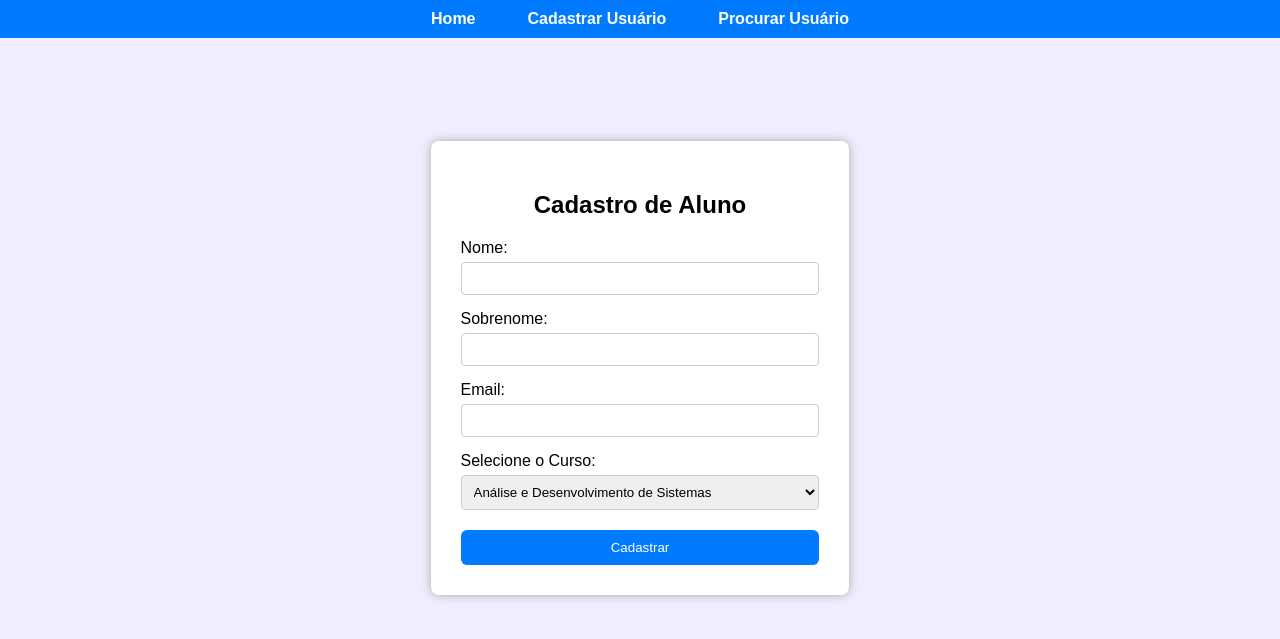
Repository: diegoeiti/Logica-Programacao
Page: http://localhost/paginas/cadastro.php
These files come from the project's save history. The page is drawn as it stood at one moment and after a run of saves; the edit follows.
The browser window is 1280 px wide. The pictures show the whole page.
The page is run by PHP 8.4 with error messages shown; the project is at /var/www/html/.

Above is the page before, as saved 2025-10-31 08:45:36.

After the next 4 saves:
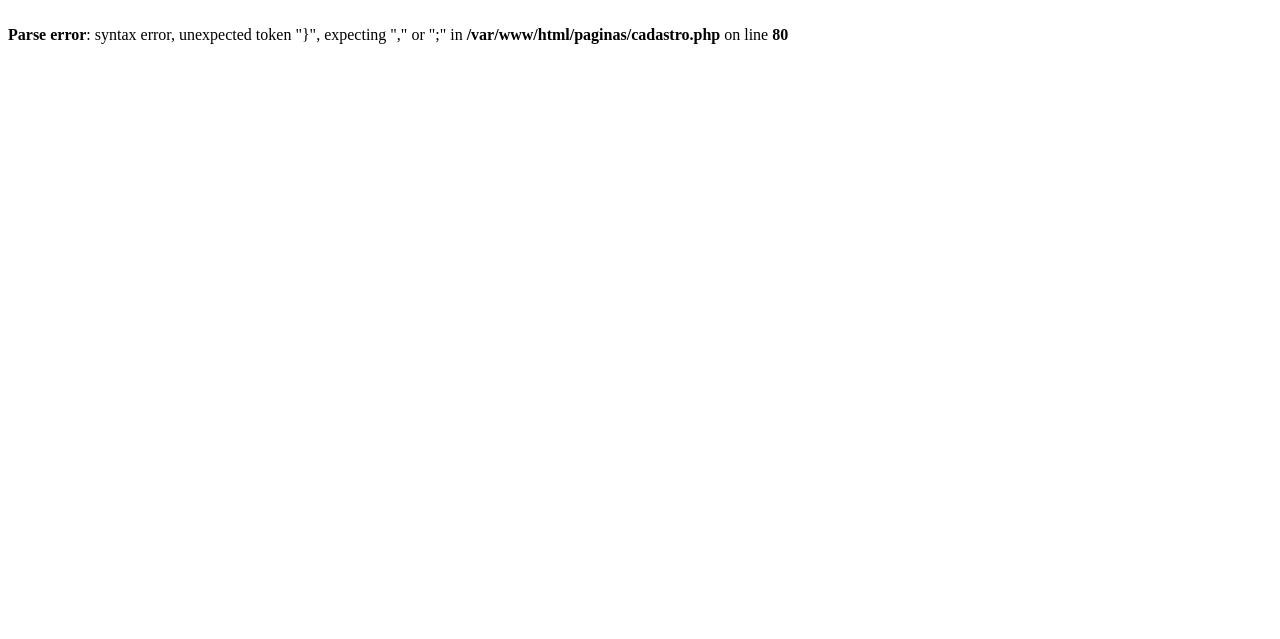
The 4 saves are shown as one change because they came seconds apart.
The last was saved 11 s later.
--- a/Modulo 3 - PHP/Aula 20 CRUDalunos/paginas/cadastro.php
+++ b/Modulo 3 - PHP/Aula 20 CRUDalunos/paginas/cadastro.php
@@ -76,7 +76,7 @@
         }
 
         catch(mysqli_sql_exception $e) {
-
+            echo $e->getMessage()
         }
 
 

After the 2 saves that followed:
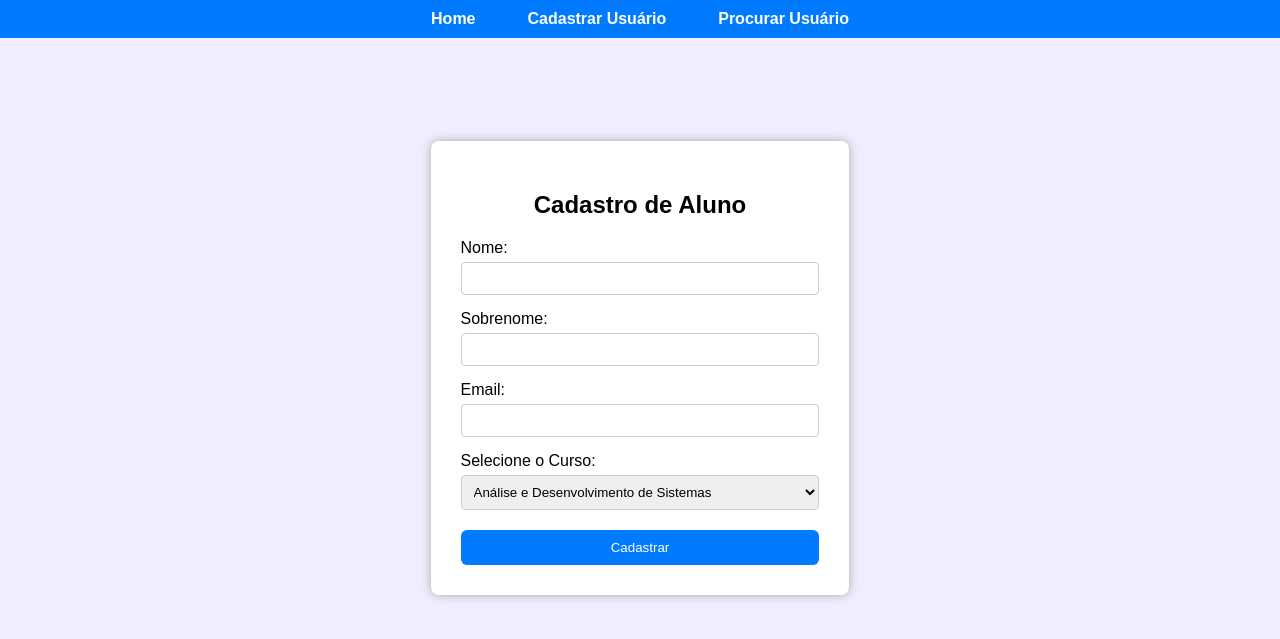
The 2 saves are shown as one change because they came seconds apart.
The last was saved 8 s later.
--- a/Modulo 3 - PHP/Aula 20 CRUDalunos/paginas/cadastro.php
+++ b/Modulo 3 - PHP/Aula 20 CRUDalunos/paginas/cadastro.php
@@ -76,7 +76,7 @@
         }
 
         catch(mysqli_sql_exception $e) {
-            echo $e->getMessage()
+            echo $e->getMessage();
         }
 
 
